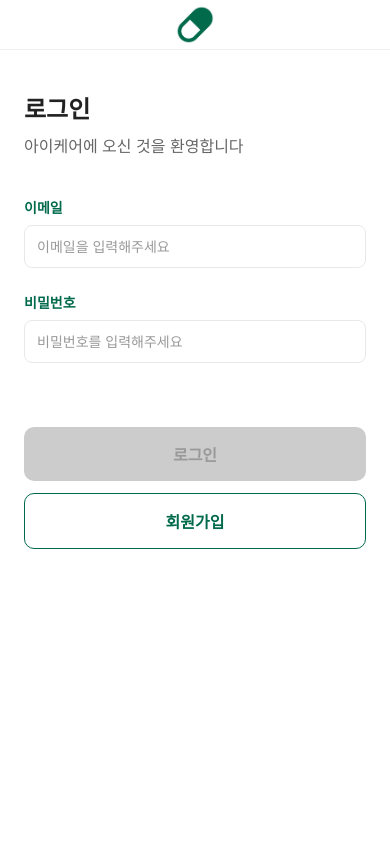
Repository: Sesac-icare/FrontEndiCare
Screen: / (app in iCare/)
The author's editor kept a copy of each file at every save. The screen is drawn from the files as they stood at one save, then again after the next save.
The app was drawn by React Native's web renderer in a window 390 px wide. The project was rebuilt for these pictures with package versions that can differ from the ones it lists, and the page was loaded fresh each time. Some packages were replaced by stand-ins written for this rebuild. Also part of the build but not shown: iCare/components/Header.js, iCare/components/Contents.js, iCare/components/HospitalList.js, iCare/components/PharmacyList.js, iCare/components/MyPage.js, iCare/components/auth/SignUp.js, iCare/components/DocumentStorage.js.

Above is the screen before, as saved 2025-02-06 11:25:22.

### iCare/index.js
import { registerRootComponent } from "expo";

import App from "./App";

// registerRootComponent calls AppRegistry.registerComponent('main', () => App);
// It also ensures that whether you load the app in Expo Go or in a native build,
// the environment is set up appropriately
registerRootComponent(App);

// import { AppRegistry } from "react-native";
// import App from "./src/App";
// import { iCare } from "./app.json";

// import appConfig from "./app.json";

// const appName = appConfig.expo.name;

// AppRegistry.registerComponent(appName, () => App);

### iCare/App.js
import React, { useState, useEffect } from "react";
import { NavigationContainer } from "@react-navigation/native";
import { createNativeStackNavigator } from "@react-navigation/native-stack";
import { createBottomTabNavigator } from "@react-navigation/bottom-tabs";
import { View, StyleSheet, SafeAreaView, Text } from "react-native";
import { MaterialIcons } from "@expo/vector-icons";
import Header from "./components/Header";
import Contents from "./components/Contents";
import Splash from "./components/Splash";
import HospitalList from "./components/HospitalList";
import PharmacyList from "./components/PharmacyList";
import MyPage from "./components/MyPage";
import Login from "./components/auth/Login";
import SignUp from "./components/auth/SignUp";
import DocumentStorage from "./components/DocumentStorage";

const Stack = createNativeStackNavigator();
const Tab = createBottomTabNavigator();

// 임시 채팅, 마이페이지 컴포넌트
const ChatScreen = () => (
  <SafeAreaView style={styles.safe}>
    <View style={styles.container}>
      <Header />
      <View style={styles.center}>
        <Text>채팅 화면</Text>
      </View>
    </View>
  </SafeAreaView>
);

const HomeScreen = () => {
  return (
    <SafeAreaView style={styles.safe}>
      <View style={styles.container}>
        <Header />
        <Contents />
      </View>
    </SafeAreaView>
  );
};

// 탭 네비게이터
function TabNavigator() {
  return (
    <Tab.Navigator
      screenOptions={{
        headerShown: false,
        tabBarStyle: {
          height: 60,
          borderTopWidth: 1,
          borderTopColor: "#f0f0f0",
          paddingBottom: 20,
          paddingTop: 10,
          height: 80
        },
        tabBarActiveTintColor: "#016a4c",
        tabBarInactiveTintColor: "#CCCCCC",
        tabBarLabelStyle: {
          paddingBottom: 8,
          fontSize: 12,
          fontWeight: "500",
          marginTop: -4
        },
        tabBarIconStyle: {
          marginTop: -4
        }
      }}
    >
      <Tab.Screen
        name="홈"
        component={HomeScreen}
        options={{
          tabBarIcon: ({ color }) => (
            <MaterialIcons name="home" size={28} color={color} />
          )
        }}
      />
      <Tab.Screen
        name="채팅"
        component={ChatScreen}
        options={{
          tabBarIcon: ({ color }) => (
            <MaterialIcons name="forum" size={28} color={color} />
          )
        }}
      />
      <Tab.Screen
        name="마이페이지"
        component={MyPage}
        options={{
          tabBarIcon: ({ color }) => (
            <MaterialIcons name="person" size={28} color={color} />
          )
        }}
      />
    </Tab.Navigator>
  );
}

const App = () => {
  const [isLoading, setIsLoading] = useState(true);

  useEffect(() => {
    // 3초 후에 스플래시 화면 숨기기
    const timer = setTimeout(() => {
      setIsLoading(false);
    }, 3000);

    return () => clearTimeout(timer);
  }, []);

  if (isLoading) {
    return <Splash />;
  }

  return (
    <NavigationContainer>
      <Stack.Navigator screenOptions={{ headerShown: false }}>
        <Stack.Screen name="Login" component={Login} />
        <Stack.Screen name="SignUp" component={SignUp} />
        <Stack.Screen name="MainTabs" component={TabNavigator} />
        <Stack.Screen name="HospitalList" component={HospitalList} />
        <Stack.Screen name="PharmacyList" component={PharmacyList} />
        <Stack.Screen name="DocumentStorage" component={DocumentStorage} />
      </Stack.Navigator>
    </NavigationContainer>
  );
};

const styles = StyleSheet.create({
  safe: {
    flex: 1,
    backgroundColor: "#ffffff"
  },
  container: {
    flex: 1,
    backgroundColor: "#ffffff"
  },
  center: {
    flex: 1,
    justifyContent: "center",
    alignItems: "center"
  },
  button: {
    backgroundColor: "#f0f0f0",
    padding: 14,
    borderRadius: 9,
    marginBottom: 9,
    alignItems: "center"
  },
  buttonText: {
    fontSize: 18,
    color: "green",
    fontFamily: "NotoSansKR"
  }
});

export default App;

### iCare/components/Splash.js
import React from "react";
import { View, Text, StyleSheet, Image, Dimensions } from "react-native";

const { height } = Dimensions.get("window");

export default function Splash() {
  return (
    <View style={styles.container}>
      <View style={styles.logoContainer}>
        <Image
          source={require("../assets/iCareLogo.jpg")}
          style={styles.logo}
          resizeMode="contain"
        />
      </View>
      <View style={styles.footer}>
        <Text style={styles.title}>iCare</Text>
        <Text style={styles.subtitle}>
          아이를 위한 24시간 병원 및 약국 찾기
        </Text>
      </View>
    </View>
  );
}

const styles = StyleSheet.create({
  container: {
    flex: 1,
    backgroundColor: "#016a4c",
    justifyContent: "center"
  },
  logoContainer: {
    position: "absolute",
    top: "40%",
    left: 0,
    right: 0,
    alignItems: "center"
  },
  logo: {
    width: 200,
    height: 200
  },
  footer: {
    position: "absolute",
    bottom: 80,
    left: 0,
    right: 0,
    alignItems: "center"
  },
  title: {
    fontSize: 36,
    color: "#12b67a",
    marginBottom: 8,
    fontFamily: "NotoSansKR",
    fontWeight: "bold"
  },
  subtitle: {
    fontSize: 18,
    color: "white",
    opacity: 0.8,
    fontFamily: "NotoSansKR",
    fontWeight: "400"
  }
});

### iCare/components/auth/Login.js
import React, { useState } from "react";
import {
  View,
  Text,
  StyleSheet,
  TouchableOpacity,
  SafeAreaView,
  Image,
  TextInput,
  ScrollView,
  KeyboardAvoidingView,
  Platform
} from "react-native";
import { MaterialIcons } from "@expo/vector-icons";
import { useNavigation } from "@react-navigation/native";

export default function Login() {
  const navigation = useNavigation();
  const [email, setEmail] = useState("");
  const [password, setPassword] = useState("");

  // 버튼 활성화 여부를 확인하는 함수
  const isLoginButtonEnabled = email.trim() !== "" && password.trim() !== "";

  const handleLogin = () => {
    if (!isLoginButtonEnabled) return;

    // 테스트를 위해 API 호출 없이 바로 메인 화면으로 이동
    navigation.navigate("MainTabs");

    /* 실제 API 연동 코드는 주석 처리
    fetch('api/users/login', {
      method: 'POST',
      headers: {
        'Content-Type': 'application/json',
      },
      body: JSON.stringify({
        email,
        password
      })
    })
    .then(response => response.json())
    .then(data => {
      if (data.token) {
        navigation.navigate("MainTabs");
      }
    })
    .catch(error => {
      if (error.response?.status === 400) {
        alert("이메일 또는 비밀번호가 올바르지 않습니다.");
      }
    });
    */
  };

  return (
    <SafeAreaView style={styles.safe}>
      <KeyboardAvoidingView
        behavior={Platform.OS === "ios" ? "padding" : "height"}
        style={styles.container}
      >
        <View style={styles.header}>
          <Image
            source={require("../../assets/HeaderGreenLogo.png")}
            style={styles.logo}
            resizeMode="contain"
          />
        </View>

        <ScrollView
          style={styles.scrollView}
          contentContainerStyle={styles.scrollViewContent}
          showsVerticalScrollIndicator={false}
        >
          <View style={styles.content}>
            <View style={styles.titleContainer}>
              <Text style={styles.title}>로그인</Text>
              <Text style={styles.subtitle}>아이케어에 오신 것을 환영합니다</Text>
            </View>

            <View style={styles.inputSection}>
              <Text style={styles.label}>이메일</Text>
              <TextInput
                style={styles.input}
                placeholder="이메일을 입력해주세요"
                placeholderTextColor="#999"
                value={email}
                onChangeText={setEmail}
                autoCapitalize="none"
                keyboardType="email-address"
              />
            </View>

            <View style={styles.inputSection}>
              <Text style={styles.label}>비밀번호</Text>
              <TextInput
                style={styles.input}
                placeholder="비밀번호를 입력해주세요"
                placeholderTextColor="#999"
                secureTextEntry
                value={password}
                onChangeText={setPassword}
              />
            </View>

            <View style={styles.buttonContainer}>
              <TouchableOpacity
                style={[
                  styles.loginButton,
                  !isLoginButtonEnabled && styles.loginButtonDisabled
                ]}
                onPress={handleLogin}
                disabled={!isLoginButtonEnabled}
              >
                <Text style={[
                  styles.loginButtonText,
                  !isLoginButtonEnabled && styles.loginButtonTextDisabled
                ]}>로그인</Text>
              </TouchableOpacity>

              <TouchableOpacity
                style={styles.button}
                onPress={() => navigation.navigate("SignUp")}
              >
                <Text style={styles.buttonText}>회원가입</Text>
              </TouchableOpacity>
            </View>
          </View>
        </ScrollView>
      </KeyboardAvoidingView>
    </SafeAreaView>
  );
}

const styles = StyleSheet.create({
  safe: {
    flex: 1,
    backgroundColor: "#fff"
  },
  container: {
    flex: 1,
    backgroundColor: "#fff"
  },
  header: {
    height: 50,
    flexDirection: "row",
    alignItems: "center",
    justifyContent: "center",
    borderBottomWidth: 1,
    borderBottomColor: "#f0f0f0",
    backgroundColor: "#fff"
  },
  logo: {
    width: 40,
    height: 40
  },
  scrollView: {
    flex: 1
  },
  scrollViewContent: {
    flexGrow: 1
  },
  content: {
    flex: 1,
    padding: 24,
    paddingTop: 40
  },
  titleContainer: {
    marginBottom: 40
  },
  title: {
    fontSize: 24,
    fontWeight: "bold",
    color: "#222",
    marginBottom: 8
  },
  subtitle: {
    fontSize: 16,
    color: "#666"
  },
  inputSection: {
    marginBottom: 24
  },
  label: {
    fontSize: 14,
    color: "#016A4C",
    marginBottom: 8,
    fontWeight: "600"
  },
  input: {
    borderWidth: 1,
    borderColor: "#E8E8E8",
    borderRadius: 8,
    padding: 12,
    fontSize: 14,
    color: "#222222"
  },
  buttonContainer: {
    marginTop: 40
  },
  loginButton: {
    backgroundColor: "#016A4C",
    paddingVertical: 15,
    borderRadius: 10,
    alignItems: "center",
    marginBottom: 12
  },
  loginButtonDisabled: {
    backgroundColor: "#CCCCCC"
  },
  loginButtonText: {
    color: "#fff",
    fontSize: 16,
    fontWeight: "600"
  },
  loginButtonTextDisabled: {
    color: "#999999"
  },
  button: {
    backgroundColor: "#fff",
    paddingVertical: 15,
    borderRadius: 10,
    alignItems: "center",
    borderWidth: 1,
    borderColor: "#016A4C"
  },
  buttonText: {
    fontSize: 16,
    color: "#016A4C",
    fontWeight: "600"
  }
});

After the next save:
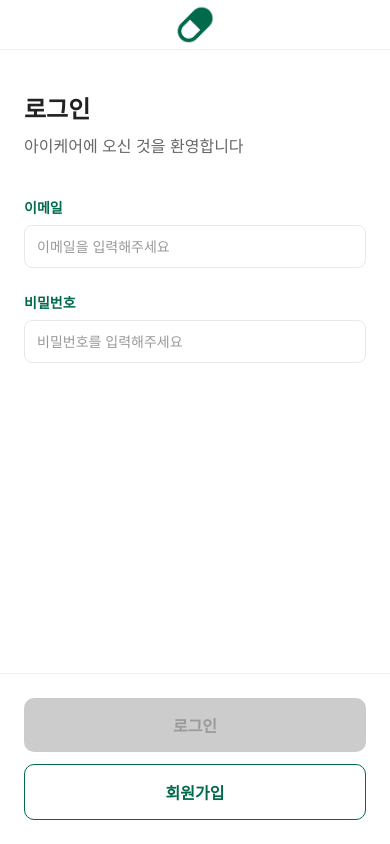
Saved 45 s later.
--- a/iCare/components/auth/Login.js
+++ b/iCare/components/auth/Login.js
@@ -71,6 +71,7 @@ export default function Login() {
           style={styles.scrollView}
           contentContainerStyle={styles.scrollViewContent}
           showsVerticalScrollIndicator={false}
+          bounces={false}
         >
           <View style={styles.content}>
             <View style={styles.titleContainer}>
@@ -102,31 +103,31 @@ export default function Login() {
                 onChangeText={setPassword}
               />
             </View>
-
-            <View style={styles.buttonContainer}>
-              <TouchableOpacity
-                style={[
-                  styles.loginButton,
-                  !isLoginButtonEnabled && styles.loginButtonDisabled
-                ]}
-                onPress={handleLogin}
-                disabled={!isLoginButtonEnabled}
-              >
-                <Text style={[
-                  styles.loginButtonText,
-                  !isLoginButtonEnabled && styles.loginButtonTextDisabled
-                ]}>로그인</Text>
-              </TouchableOpacity>
-
-              <TouchableOpacity
-                style={styles.button}
-                onPress={() => navigation.navigate("SignUp")}
-              >
-                <Text style={styles.buttonText}>회원가입</Text>
-              </TouchableOpacity>
-            </View>
           </View>
         </ScrollView>
+
+        <View style={styles.buttonWrapper}>
+          <TouchableOpacity
+            style={[
+              styles.loginButton,
+              !isLoginButtonEnabled && styles.loginButtonDisabled
+            ]}
+            onPress={handleLogin}
+            disabled={!isLoginButtonEnabled}
+          >
+            <Text style={[
+              styles.loginButtonText,
+              !isLoginButtonEnabled && styles.loginButtonTextDisabled
+            ]}>로그인</Text>
+          </TouchableOpacity>
+
+          <TouchableOpacity
+            style={styles.button}
+            onPress={() => navigation.navigate("SignUp")}
+          >
+            <Text style={styles.buttonText}>회원가입</Text>
+          </TouchableOpacity>
+        </View>
       </KeyboardAvoidingView>
     </SafeAreaView>
   );
@@ -158,7 +159,8 @@ const styles = StyleSheet.create({
     flex: 1
   },
   scrollViewContent: {
-    flexGrow: 1
+    flexGrow: 1,
+    paddingBottom: 160  // 버튼 영역만큼 여백 추가
   },
   content: {
     flex: 1,
@@ -195,8 +197,16 @@ const styles = StyleSheet.create({
     fontSize: 14,
     color: "#222222"
   },
-  buttonContainer: {
-    marginTop: 40
+  buttonWrapper: {
+    position: 'absolute',
+    bottom: 0,
+    left: 0,
+    right: 0,
+    backgroundColor: '#fff',
+    padding: 24,
+    paddingBottom: Platform.OS === 'ios' ? 34 : 24,  // iOS의 경우 하단 여백 추가
+    borderTopWidth: 1,
+    borderTopColor: '#f0f0f0'
   },
   loginButton: {
     backgroundColor: "#016A4C",
